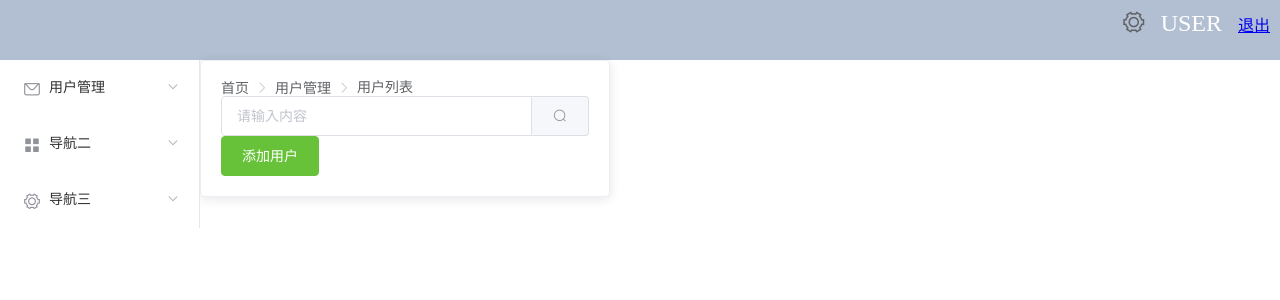
Repository: euphor1azzy/testlist
Page: /#/users (app in list/)
An editor plug-in stored every save of this project. The page is shown before and after the next save, followed by the edit.
The browser window is 1280 px wide. The pictures show the whole page.
The project was rebuilt for these pictures with package versions that can differ from the ones it lists, and the page was loaded fresh each time. Also part of the build but not shown: list/src/views/login/login.vue.

Above is the page before, as saved 2020-08-25 17:25:38.

### list/src/main.js
// 引入组件
import Vue from 'vue'
import ElementUI from 'element-ui';
import App from './App.vue'
import router from './router'
import MyHttpServer from './plugins/http'
Vue.use(router);


// 引入css文件
import './assets/css/reset.css'
import 'element-ui/lib/theme-chalk/index.css';


//使用插件
Vue.use(ElementUI)
Vue.use(MyHttpServer)
Vue.config.productionTip = false


new Vue({
    el: '#app',
    router,
    render: h => h(App)
}).$mount('#app')

### list/src/App.vue
<template>
  <div id="app" >

    <router-view></router-view>
  </div>
</template>

<script>

</script>

<style>
#app{

  height:100vh
}
</style>

### list/src/router/index.js
import Vue from 'vue'
import Router from 'vue-router'
import Home from '../views/home.vue'
import Login from '../views/login/login.vue'
import Users from '../components/users/users.vue'



Vue.use(Router);



export default new Router({
    routes: [{
            path: '/',
            name: 'Home',
            component: Home,
            children: [{
                name: 'Users',
                path: 'users',
                component: Users
            }]

        },
        {
            name: 'Login',
            path: '/login',
            component: Login
        }
    ]
});

### list/src/plugins/http.js
//将axios改为插件
import axios from 'axios'
const MyHttpServer = {}


MyHttpServer.install = (Vue) => {
    axios.defaults.baseURL = 'http://localhost:8888/api/private/v1/'

    // 添加实例方法
    Vue.prototype.$http = axios

}

export default MyHttpServer

### list/src/assets/css/reset.css
/*! minireset.css v0.0.2 | MIT License | github.com/jgthms/minireset.css */

html,
body,
p,
ol,
ul,
li,
dl,
dt,
dd,
blockquote,
figure,
fieldset,
legend,
textarea,
pre,
iframe,
hr,
h1,
h2,
h3,
h4,
h5,
h6 {
    /* height: 100%; */
    margin: 0;
    padding: 0;
}

h1,
h2,
h3,
h4,
h5,
h6 {
    font-size: 100%;
    font-weight: normal;
}

ul {
    list-style: none;
}

button,
input,
select,
textarea {
    margin: 0;
}

html {
    box-sizing: border-box;
}

* {
    box-sizing: inherit;
}

*:before,
*:after {
    box-sizing: inherit;
}

img,
embed,
object,
audio,
video {
    height: auto;
    max-width: 100%;
}

iframe {
    border: 0;
}

table {
    border-collapse: collapse;
    border-spacing: 0;
}

td,
th {
    padding: 0;
    text-align: left;
}

### list/src/views/home.vue
<template>

  <div class="con">
    <!-- 头部 -->
    <v-appnav></v-appnav>
     <!-- 侧边栏 -->

    <v-appslider></v-appslider>

    <!-- 内容 -->
   <!-- <v-list></v-list> -->
   <!-- <el-main class="main"> -->
     <router-view></router-view>
   <!-- </el-main> -->

  </div>
</template>

<script>
// 导入组件

import AppNav from "../components/common/appnav";
import AppSlider from "../components/common/appslider";
// import List from "../components/list/list";

export default {
  name: "Home",
  // 注册组件
  components: {
    "v-appnav": AppNav,
    "v-appslider": AppSlider,
    // "v-list": List,
  },
};
</script>

<style>
.con {
  /* height: 100%; */
  display: flex;
  flex: auto;
  flex-flow: row wrap;
  justify-content: flex-start;
}
</style>

### list/src/components/users/users.vue
<template>

 <el-card class="box-card">
 <!-- 面包屑 -->
    <el-breadcrumb separator-class="el-icon-arrow-right">
    <!-- <el-breadcrumb-item :to="{ path: '/' }">首页</el-breadcrumb-item> -->
    <el-breadcrumb-item>首页</el-breadcrumb-item>
    <el-breadcrumb-item>用户管理</el-breadcrumb-item>
    <el-breadcrumb-item>用户列表</el-breadcrumb-item>
    </el-breadcrumb>

    <!-- 搜索 -->
    <el-row>
        <el-col>

                     <el-input placeholder="请输入内容" v-model="query" class="inputSearch">
                          <el-button  slot="append" icon="el-icon-search"></el-button>
                     </el-input>
                      <el-button type="success">添加用户</el-button>
        </el-col>
    </el-row>
</el-card>
</template>

<script>
export default {
    data() {
        return {
            query:''
        }
    }

}
</script>

<style>
.box-card{
    height: 100%;
}
.inputSearch{
    width: 300px;
}
</style>

### list/src/components/common/appnav.vue
<template>
  <el-header class="nav">
    <el-dropdown>
      <i class="el-icon-setting" style="margin-right: 15px"></i>
      <el-dropdown-menu slot="dropdown">
        <el-dropdown-item>查看</el-dropdown-item>
        <el-dropdown-item>新增</el-dropdown-item>
        <el-dropdown-item>删除</el-dropdown-item>
      </el-dropdown-menu>
    </el-dropdown>
    <span>USER</span>
    <router-link to="/login" style="padding-left:16px;font-size:16px"
      >退出</router-link
    >
  </el-header>
</template>

<script>
export default {
  name: "AppNav",
};
</script>

<style scoped>

.nav {
  padding: 10px;
  text-align: right;
  font-size: 24px;
  width: 100%;
  color: #fff;
  background-color: #b2bfd2;
}
.el-icon-setting::before {
  font-size: 24px;
}
</style>

### list/src/components/common/appslider.vue
<template>
   <!-- <el-container style="height: 100%; border: 1px solid #eee"> -->
      <el-aside width="200px" style="background-color: rgb(238, 241, 246)">
        <el-menu :unique-opened="true"
        :router="true">
          <el-submenu index="1">
            <template slot="title">
              <i class="el-icon-message"></i>用户管理
            </template>
            <el-menu-item-group>
              <template slot="title">分组一</template>
              <el-menu-item index="users">用户列表</el-menu-item>
              <el-menu-item index="1-2">用户设置</el-menu-item>
            </el-menu-item-group>
            <el-menu-item-group title="分组2">
              <el-menu-item index="1-3">选项3</el-menu-item>
            </el-menu-item-group>
            <el-submenu index="1-4">
              <template slot="title">选项4</template>
              <el-menu-item index="1-4-1">选项4-1</el-menu-item>
            </el-submenu>
          </el-submenu>
          <el-submenu index="2">
            <template slot="title">
              <i class="el-icon-menu"></i>导航二
            </template>
            <el-menu-item-group>
              <template slot="title">分组一</template>
              <el-menu-item index="2-1">选项1</el-menu-item>
              <el-menu-item index="2-2">选项2</el-menu-item>
            </el-menu-item-group>
            <el-menu-item-group title="分组2">
              <el-menu-item index="2-3">选项3</el-menu-item>
            </el-menu-item-group>
            <el-submenu index="2-4">
              <template slot="title">选项4</template>
              <el-menu-item index="2-4-1">选项4-1</el-menu-item>
            </el-submenu>
          </el-submenu>
          <el-submenu index="3">
            <template slot="title">
              <i class="el-icon-setting"></i>导航三
            </template>
            <el-menu-item-group>
              <template slot="title">分组一</template>
              <el-menu-item index="3-1">选项1</el-menu-item>
              <el-menu-item index="3-2">选项2</el-menu-item>
            </el-menu-item-group>
            <el-menu-item-group title="分组2">
              <el-menu-item index="3-3">选项3</el-menu-item>
            </el-menu-item-group>
            <el-submenu index="3-4">
              <template slot="title">选项4</template>
              <el-menu-item index="3-4-1">选项4-1</el-menu-item>
            </el-submenu>
          </el-submenu>
        </el-menu>
      </el-aside>
   <!-- </el-container> -->
</template>

<script>
export default {

}
</script>

<style>

</style>

Loaded but not shown: list/public/index.html (common file)

After the next save:
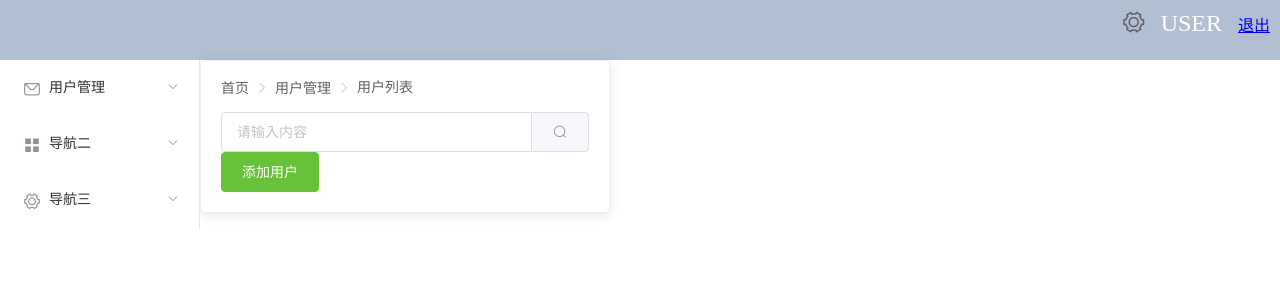
Saved 17 s later.
--- a/list/src/components/users/users.vue
+++ b/list/src/components/users/users.vue
@@ -38,6 +38,7 @@ export default {
     height: 100%;
 }
 .inputSearch{
+    padding-top: 16px;
     width: 300px;
 }
 </style>
